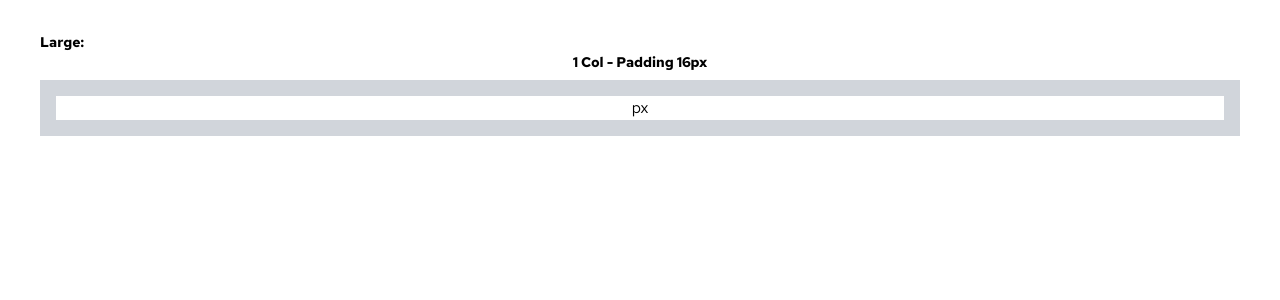
Repository: fabianwurk/vue-tailwind
Page: /
An editor plug-in stored every save of this project. The page is shown before and after the next save, followed by the edit.
The browser window is 1280 px wide. The pictures show the whole page.
The project was rebuilt for these pictures with package versions that can differ from the ones it lists, and the page was loaded fresh each time. Also part of the build but not shown: vite.config.js.

Above is the page before, as saved 2021-03-16 23:38:55.
Console error: TypeError: this.innerWidth is not a function

After the next save:
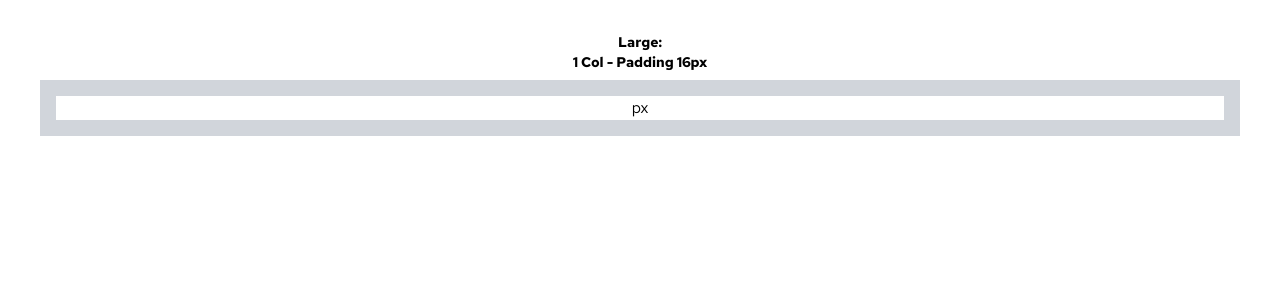
Saved 10 s later.
--- a/src/components/Large.vue
+++ b/src/components/Large.vue
@@ -3,7 +3,7 @@
 
     <div class="container mx-auto">
       <h2 class="text-sm font-bold mb-2 mt-8 text-center">
-        <span class="hidden lg:flex">Large:</span> 1 Col - Padding 16px
+        <span class="hidden lg:block">Large:</span> 1 Col - Padding 16px
       </h2>
       <div class="flex items-center">
         <div class="w-full bg-gray-300 mb-4 mt-0 py-4 px-4 text-center">
